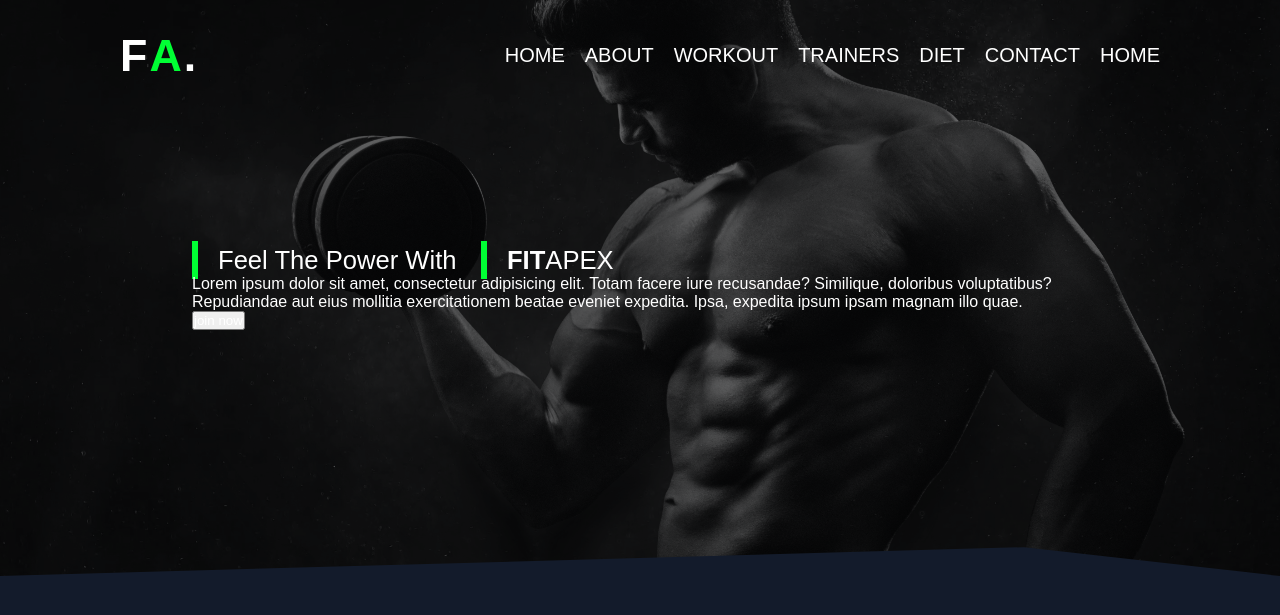
Repository: guilhermecardoso93/fitapex
Page: index.html
These files come from the project's save history. The page is drawn as it stood at one moment and after the next save; the edit follows.
The browser window is 1280 px wide. The pictures show the whole page.

Above is the page before, as saved 2023-03-05 20:49:12.

After the next save:
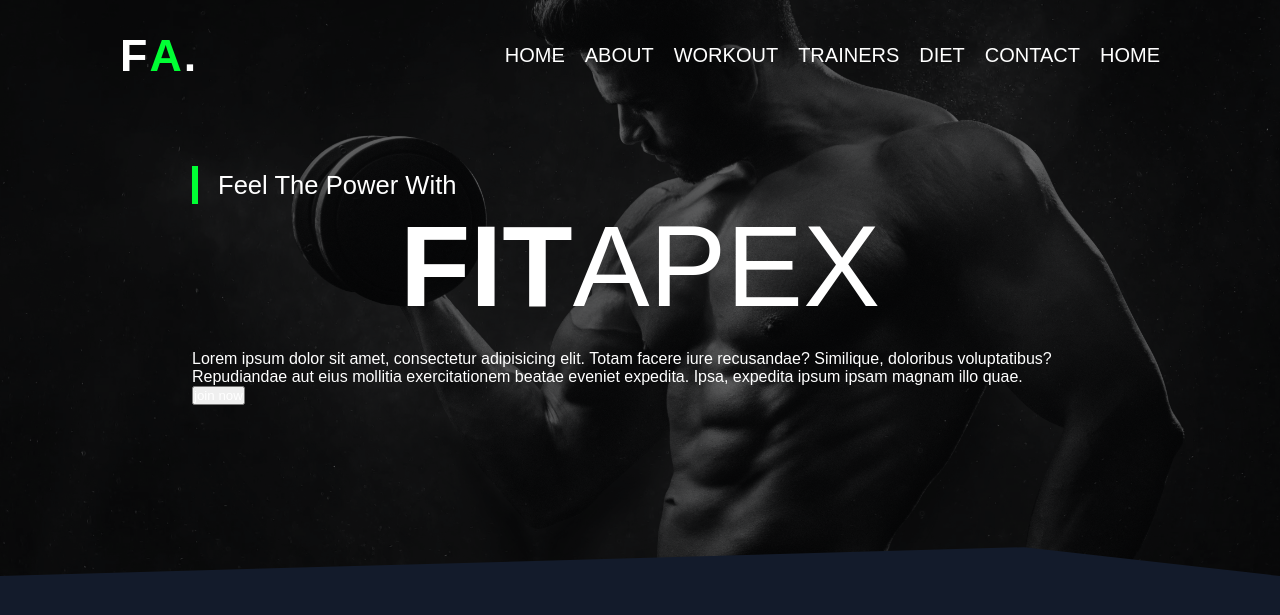
Saved 34 s later.
--- a/css/_home.css
+++ b/css/_home.css
@@ -33,10 +33,7 @@
 }
 
 .highlights h1 {
-  display: inline;
-  font-size: 2vw;
-  padding: 5px 20px;
-  font-weight: lighter;
-  text-transform: capitalize;
-  border-left: 6px solid var(--prime)
+  font-size: 9vw;
+  text-align: center;
+  font-weight: normal;
 }
